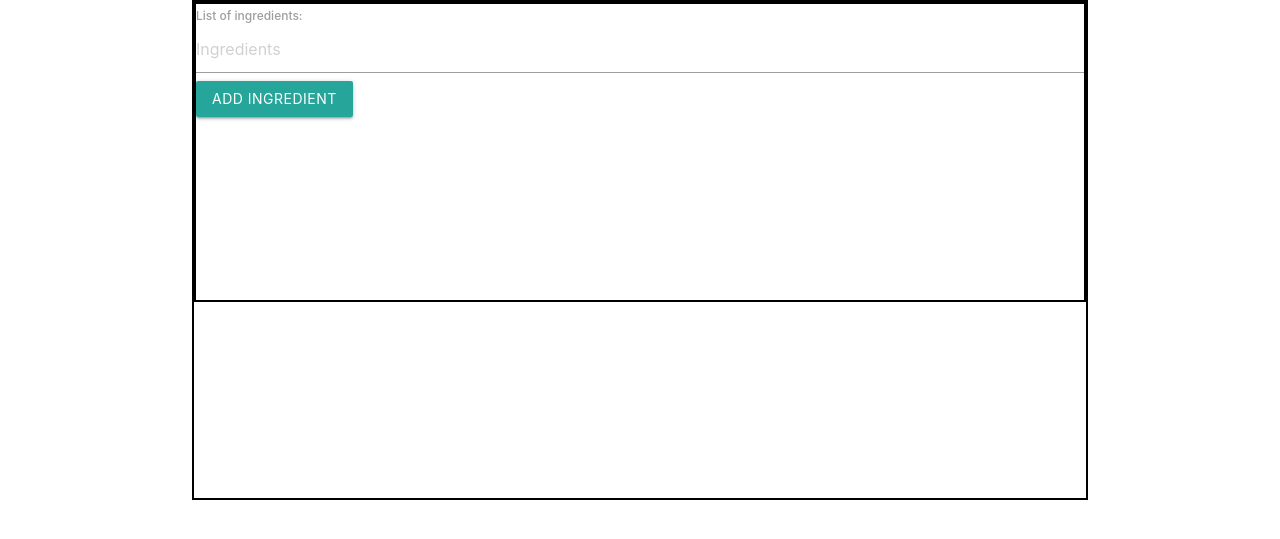
Repository: Aaron-R-Carter/Project1
Page: prototype.html
These files come from the project's save history. The page is drawn as it stood at one moment and after the next save; the edit follows.
The browser window is 1280 px wide. The pictures show the whole page.

Above is the page before, as saved 2019-10-31 20:55:37.
Console error: SyntaxError: Unexpected token '<'

### prototype.html
<!DOCTYPE html>
<html>

<head>
    <!--Import Google Icon Font-->
    <link href="https://fonts.googleapis.com/icon?family=Material+Icons" rel="stylesheet">
    <!--Import materialize.css-->
    <link rel="stylesheet" href="https://cdnjs.cloudflare.com/ajax/libs/materialize/1.0.0/css/materialize.min.css">
    <link rel="stylesheet" href="./prototype.css">
    <!--Let browser know website is optimized for mobile-->
    <meta name="viewport" content="width=device-width, initial-scale=1.0" />

</head>

<body>

    <div class="container">
        <div id="form-page">
        <form id="ingredient-form">
            <strong><label for="ingredient-input">List of ingredients:</label></strong>
            <br>
            <input type="text" id="ingredient-input" placeholder="Ingredients">

            <!-- Button will trigger new ingredient to be added -->
            <input id="add " class="btn btn-primary mb-2" type="submit" value="add ingredient">
        </form>

        <div id="ingredient-view-button"></div>
        </div>
    </div>



    <script src="https://code.jquery.com/jquery-3.4.1.min.js"
        integrity="sha256-CSXorXvZcTkaix6Yvo6HppcZGetbYMGWSFlBw8HfCJo=" crossorigin="anonymous"></script>
    <script src="https://cdnjs.cloudflare.com/ajax/libs/materialize/1.0.0/js/materialize.min.js"></script>
    <script src="./script.js"></script>

</body>

</html>

### prototype.css
#form-page {
    width: 100%;
    height: 500px;
    border: 2px solid black;
}

#ingredient-form {
    width: 100%;
    height: 300px;
    border: 2px solid black;
}

### script.js

    <div id="left-box">
    <form id="ingredient-form">
        <label for="ingredient-input">List of Ingredients:</label>
        <br>
        <input type="text" id="ingredient-input" placeholder="Ingredients">

        <!-- Button will trigger new ingredients to be added -->
        <input id="add " class="btn btn-primary mb-2" type="submit" value="Add a zipcode">
    </form>

    <div id="zipcode-view"></div>
</div>

After the next save:
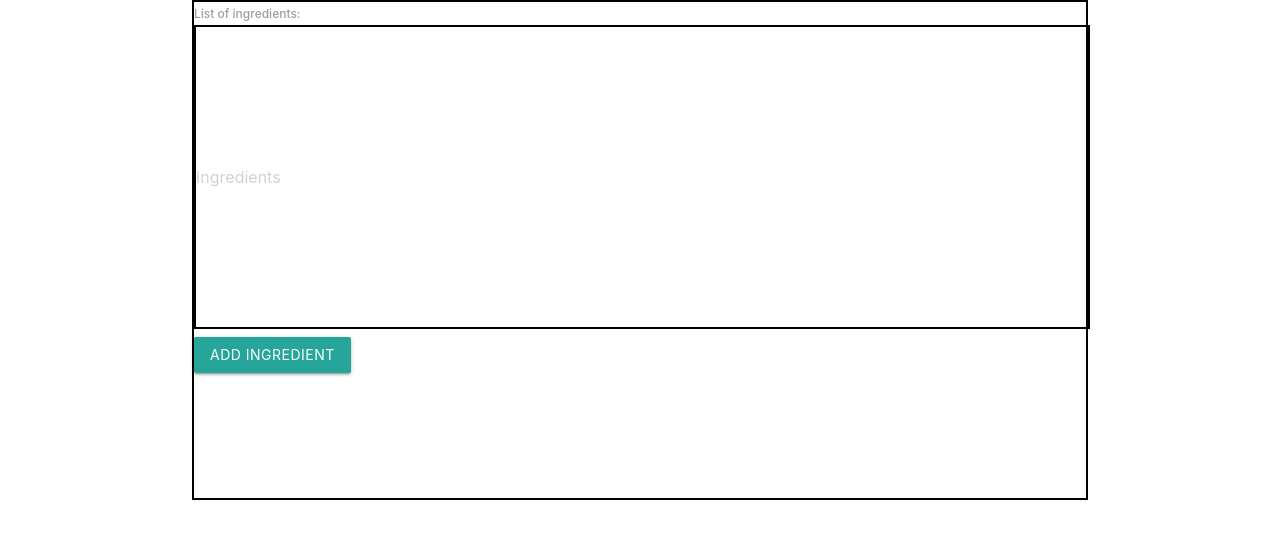
Saved 86 s later.
--- a/prototype.css
+++ b/prototype.css
@@ -4,7 +4,7 @@
     border: 2px solid black;
 }
 
-#ingredient-form {
+#ingredient-input {
     width: 100%;
     height: 300px;
     border: 2px solid black;
